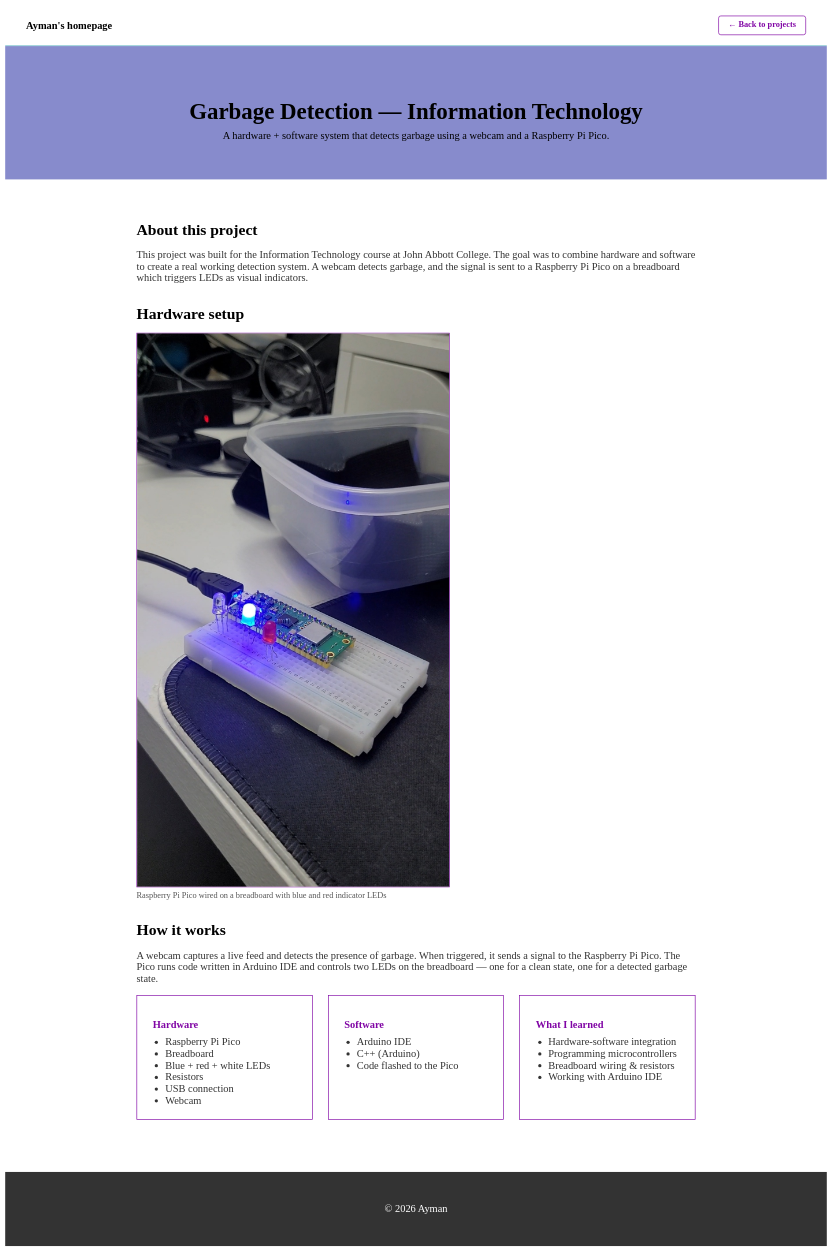
Repository: AymanMoradhun/AymanMoradhun
Page: garbageproject.html
The author's editor kept a copy of each file at every save. The page is drawn from the files as they stood at one save, then again after the next save.
The browser window is 1280 px wide. The pictures show the whole page, at 65% of full size.

Above is the page before, as saved 2026-05-19 18:48:41.
Not found: styles/globals.css

### garbageproject.html
<!DOCTYPE html>
<html lang="en">
  <head>
    <meta charset="UTF-8" />
    <meta name="viewport" content="width=device-width, initial-scale=1.0" />
    <title>Ayman | Garbage Detection — Information Technology</title>

    <link rel="stylesheet" href="./styles/projects.css" />
    <link rel="stylesheet" href="./styles/globals.css" />
  </head>
  <body>
    <nav>
      <a href="/" style="text-decoration: none; color: inherit;">
        <strong>Ayman's homepage</strong>
      </a>
      <a href="./index.html" class="back-link">← Back to projects</a>
    </nav>

    <header class="project-header">
      <h1>Garbage Detection — Information Technology</h1>
      <p>A hardware + software system that detects garbage using a webcam and a Raspberry Pi Pico.</p>
    </header>

    <main class="container">

      <h2>About this project</h2>
      <p>
        This project was built for the Information Technology course at John Abbott College.
        The goal was to combine hardware and software to create a real working detection system.
        A webcam detects garbage, and the signal is sent to a Raspberry Pi Pico on a breadboard
        which triggers LEDs as visual indicators.
      </p>

      <h2>Hardware setup</h2>
      <section class="screenshot-grid screenshot-grid--single">
        <figure>
          <img
            src="./assets/images/Pico.jpg"
            alt="Raspberry Pi Pico on a breadboard with blue and red LEDs and resistors"
          />
          <figcaption>Raspberry Pi Pico wired on a breadboard with blue and red indicator LEDs</figcaption>
        </figure>
      </section>

      <h2>How it works</h2>
      <p>
        A webcam captures a live feed and detects the presence of garbage. When triggered,
        it sends a signal to the Raspberry Pi Pico. The Pico runs code written in Arduino IDE
        and controls two LEDs on the breadboard — one for a clean state, one for a detected
        garbage state.
      </p>

      <section class="detail-grid">

        <div class="detail-card">
          <h3>Hardware</h3>
          <ul>
            <li>Raspberry Pi Pico</li>
            <li>Breadboard</li>
            <li>Blue + red + white LEDs</li>
            <li>Resistors</li>
            <li>USB connection</li>
            <li>Webcam</li>
          </ul>
        </div>

        <div class="detail-card">
          <h3>Software</h3>
          <ul>
            <li>Arduino IDE</li>
            <li>C++ (Arduino)</li>
            <li>Code flashed to the Pico</li>
          </ul>
        </div>

        <div class="detail-card">
          <h3>What I learned</h3>
          <ul>
            <li>Hardware-software integration</li>
            <li>Programming microcontrollers</li>
            <li>Breadboard wiring & resistors</li>
            <li>Working with Arduino IDE</li>
          </ul>
        </div>

      </section>

    </main>

    <footer>
      <p>&copy; 2026 Ayman</p>
    </footer>
  </body>
</html>

### styles/projects.css
nav {
  background: #ffffff;
  padding: 1rem 2rem;
  display: flex;
  justify-content: space-between;
  align-items: center;
  border-bottom: 1px solid #50aebb;
}

nav a {
  text-decoration: none;
  color: inherit;
}

.back-link {
  font-size: 0.8rem;
  font-weight: 600;
  color: #8005a5;
  border: 1px solid #8005a5;
  padding: 0.4rem 0.9rem;
  border-radius: 4px;
  transition: background 0.2s ease, color 0.2s ease;
}

.back-link:hover {
  background: #8005a5;
  color: #ffffff;
}

/* ── Project hero ── */
.project-header {
  background: #3d44ad9d;
  padding: 8vh 2rem;
  text-align: center;
}

.project-header h1 {
  font-size: clamp(1.4rem, 4vw, 2.2rem); /* scales with screen width */
  margin-bottom: 0.5rem;
}

.project-header p {
  max-width: 600px;
  margin: 0 auto;
}

/* ── Content ── */
.container {
  padding: 2rem;
  max-width: 860px;
  margin: 0 auto;
}

.container h2 {
  margin-top: 2rem;
  margin-bottom: 0.5rem;
}

.container p,
.container li {
  color: #333;
}

/* ── Detail grid (mobile-first) ── */
.detail-grid {
  display: grid;
  grid-template-columns: 1fr;
  gap: 1.5rem;
  margin-top: 1rem;
}

@media (min-width: 600px) {
  .detail-grid {
    grid-template-columns: repeat(auto-fit, minmax(220px, 1fr));
  }
}

.detail-card {
  border: 1px solid #8005a5;
  padding: 1.25rem 1.5rem;
}

.detail-card h3 {
  margin-bottom: 0.5rem;
  font-size: 1rem;
  color: #8005a5;
}

.detail-card ul {
  margin: 0;
  padding-left: 1.2rem;
}

/* ── Screenshots ── */
.screenshot-grid {
  display: grid;
  grid-template-columns: 1fr;
  gap: 1.5rem;
  margin: 1rem 0 2rem;
}

@media (min-width: 600px) {
  .screenshot-grid {
    grid-template-columns: repeat(auto-fit, minmax(260px, 1fr));
  }
  .screenshot-grid--single {
    grid-template-columns: 1fr;
    max-width: 480px;
  }
}

figure {
  margin: 0;
}

figure img {
  width: 100%;
  display: block;
  border: 1px solid #8005a5;
}

figcaption {
  font-size: 0.8rem;
  color: #555;
  margin-top: 0.4rem;
}

/* ── Footer ── */
footer {
  text-align: center;
  padding: 2rem;
  background: #333;
  color: white;
  margin-top: 3rem;
}

### styles/global.css
@font-face
{
  font-family: 'Maven Pro';
  src: url('fonts/MavenPro-VariableFont_wght.ttf') format('truetype');
  font-weight: 400 900;
  font-style: normal;
}

body
{
  font-family: 'Maven Pro', sans-serif;
  margin: 0;
  line-height: 1.6;
}

After the next save:
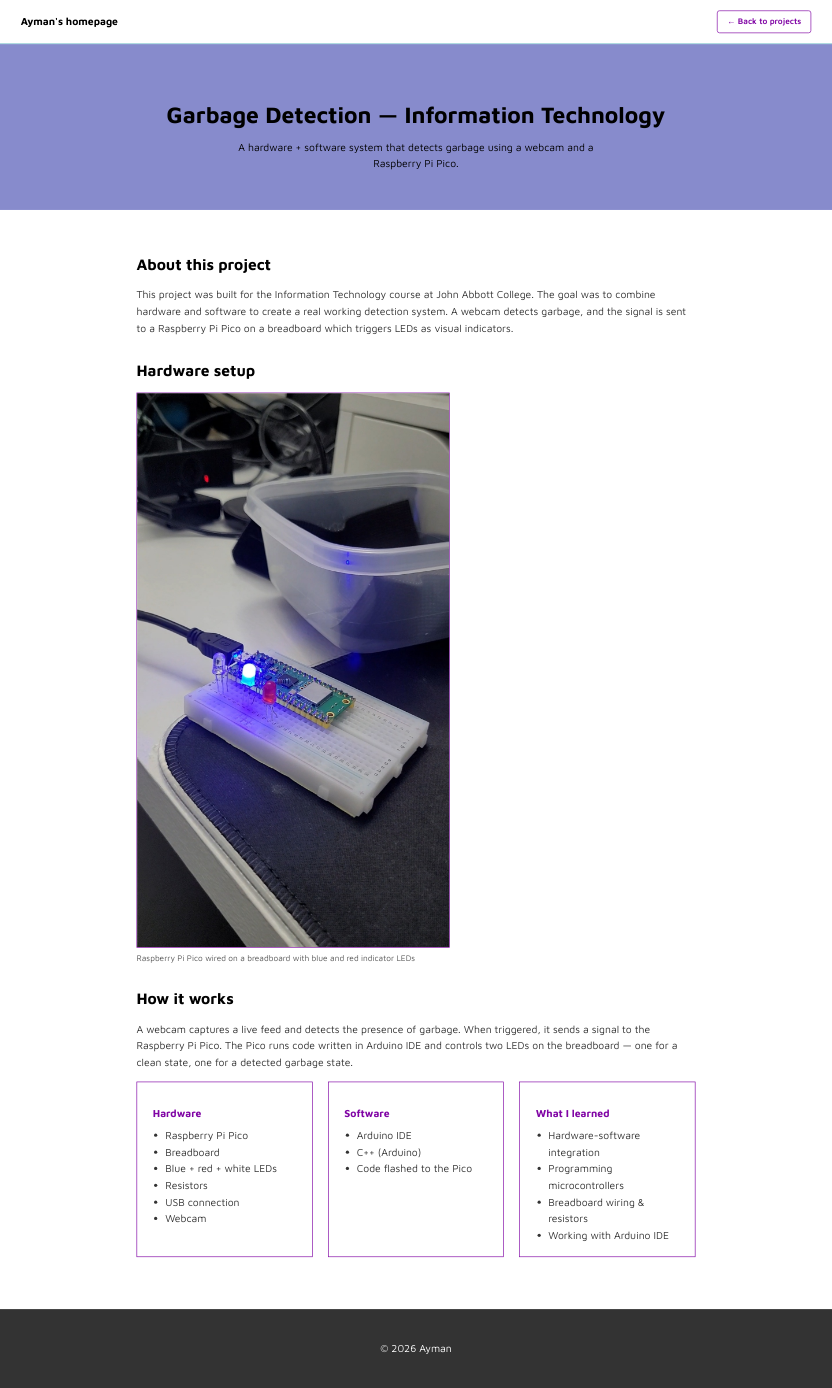
Saved 1 s later.
--- a/garbageproject.html
+++ b/garbageproject.html
@@ -6,7 +6,7 @@
     <title>Ayman | Garbage Detection — Information Technology</title>
 
     <link rel="stylesheet" href="./styles/projects.css" />
-    <link rel="stylesheet" href="./styles/globals.css" />
+    <link rel="stylesheet" href="./styles/global.css" />
   </head>
   <body>
     <nav>
--- a/styles/projects.css
+++ b/styles/projects.css
@@ -27,7 +27,7 @@ nav a {
   color: #ffffff;
 }
 
-/* ── Project hero ── */
+
 .project-header {
   background: #3d44ad9d;
   padding: 8vh 2rem;
@@ -35,7 +35,7 @@ nav a {
 }
 
 .project-header h1 {
-  font-size: clamp(1.4rem, 4vw, 2.2rem); /* scales with screen width */
+  font-size: clamp(1.4rem, 4vw, 2.2rem);
   margin-bottom: 0.5rem;
 }
 
@@ -61,7 +61,7 @@ nav a {
   color: #333;
 }
 
-/* ── Detail grid (mobile-first) ── */
+
 .detail-grid {
   display: grid;
   grid-template-columns: 1fr;
@@ -125,7 +125,7 @@ figcaption {
   margin-top: 0.4rem;
 }
 
-/* ── Footer ── */
+
 footer {
   text-align: center;
   padding: 2rem;
--- a/styles/global.css
+++ b/styles/global.css
@@ -1,10 +1,4 @@
-@font-face
-{
-  font-family: 'Maven Pro';
-  src: url('fonts/MavenPro-VariableFont_wght.ttf') format('truetype');
-  font-weight: 400 900;
-  font-style: normal;
-}
+@import url('https://fonts.googleapis.com/css2?family=Maven+Pro:wght@400..900&display=swap');
 
 body
 {
